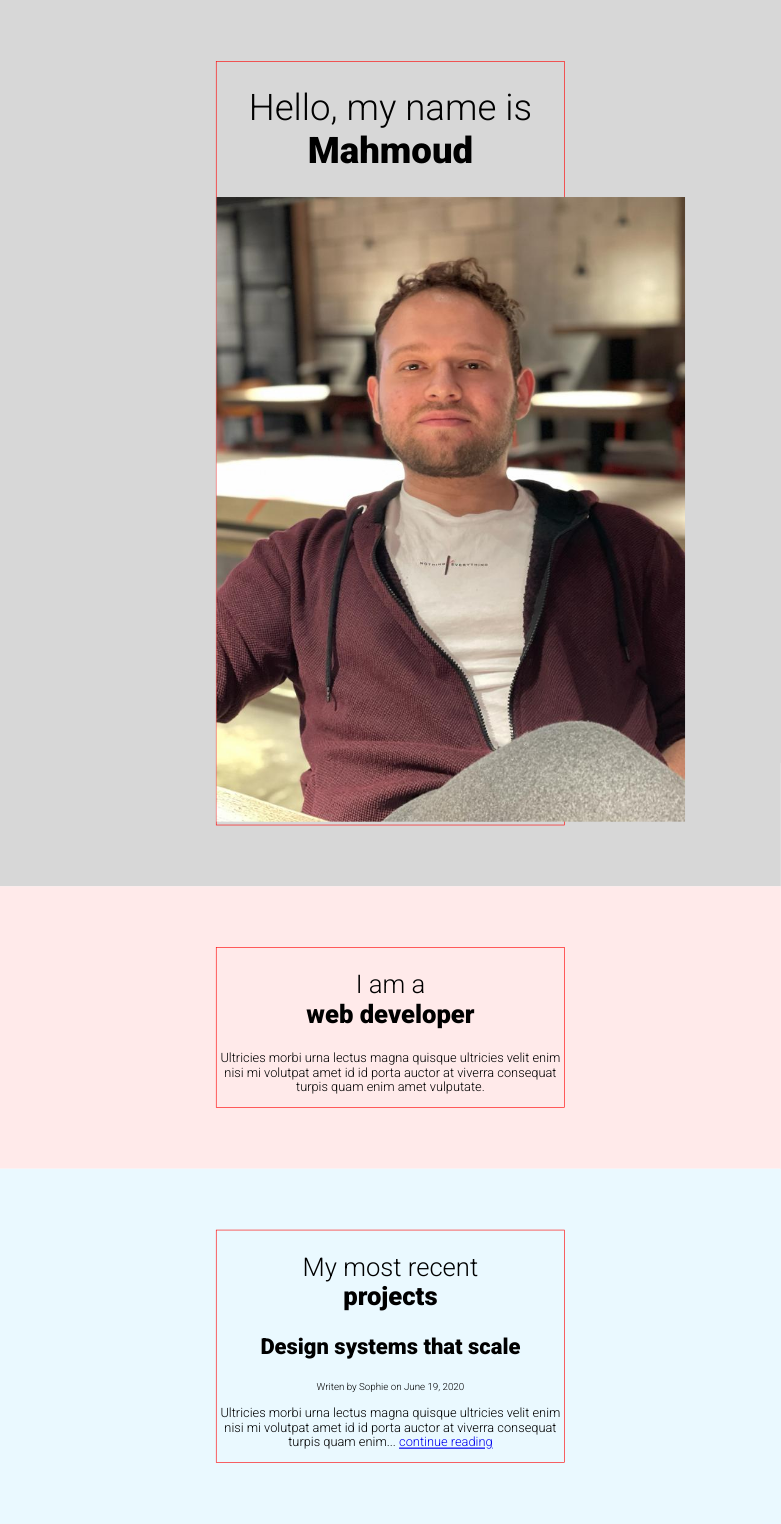
Repository: Doumham-Armah/portfolio
Page: index.html
These files come from the project's save history. The page is drawn as it stood at one moment and after the next save; the edit follows.
The browser window is 1280 px wide. The pictures show the whole page, at 61% of full size.

Above is the page before, as saved 2021-08-17 12:16:51.

### index.html
<!DOCTYPE html>
<html>
  <head>
    <title>HTML & CSS Fundamentals | Challenges</title>
    <link rel="preconnect" href="https://fonts.googleapis.com" />
    <link rel="preconnect" href="https://fonts.gstatic.com" crossorigin />
    <link
      href="https://fonts.googleapis.com/css2?family=Roboto:wght@300;900&display=swap"
      rel="stylesheet"
    />
    <link href="./style.css" rel="stylesheet" />
  </head>

  <body>
    <header>
      <div class="container">
        <h1>Hello, my name is <span>Mahmoud</span></h1>
        <img class="my-photo" src="./images/photo.jpeg" alt="image of me" />
      </div>
    </header>

    <section class="about-me">
      <div class="container">
        <h2>I am a <span>web developer</span></h2>
        <p>
          Ultricies morbi urna lectus magna quisque ultricies velit enim nisi mi
          volutpat amet id id porta auctor at viverra consequat turpis quam enim
          amet vulputate.
        </p>
      </div>
    </section>

    <section class="projects">
      <div class="container">
        <h2>My most recent <span>projects</span></h2>
        <article>
          <h3>Design systems that scale</h3>
          <p class="small-text">Writen by Sophie on June 19, 2020</p>
          <p>
            Ultricies morbi urna lectus magna quisque ultricies velit enim nisi
            mi volutpat amet id id porta auctor at viverra consequat turpis quam
            enim... <a href="#">continue reading</a>
          </p>
        </article>
      </div>
    </section>
  </body>
</html>

### style.css
body {
  margin: 0;
  font-size: 1.3125rem;
}

h1,
h2 {
  font-weight: 300;
}

h1 {
  font-size: 3.75rem;
}

h2 {
  font-size: 2.625rem;
}

h3 {
  font-size: 2.25rem;
}

h1 span,
h2 span {
  font-weight: 900;
  display: block;
}

header,
section {
  padding: 6.25rem 0;
}

header {
  background-color: #d7d7d7;
}

.about-me {
  background-color: #ffeaea;
}

.projects {
  background-color: #eaf9ff;
}

.small-text {
  font-size: 16px;
}

.container {
  width: 570px;
  margin: 0 auto;
  border: 1px solid red;
  text-align: center;
  font-family: "Roboto", sans-serif;
}

After the next save:
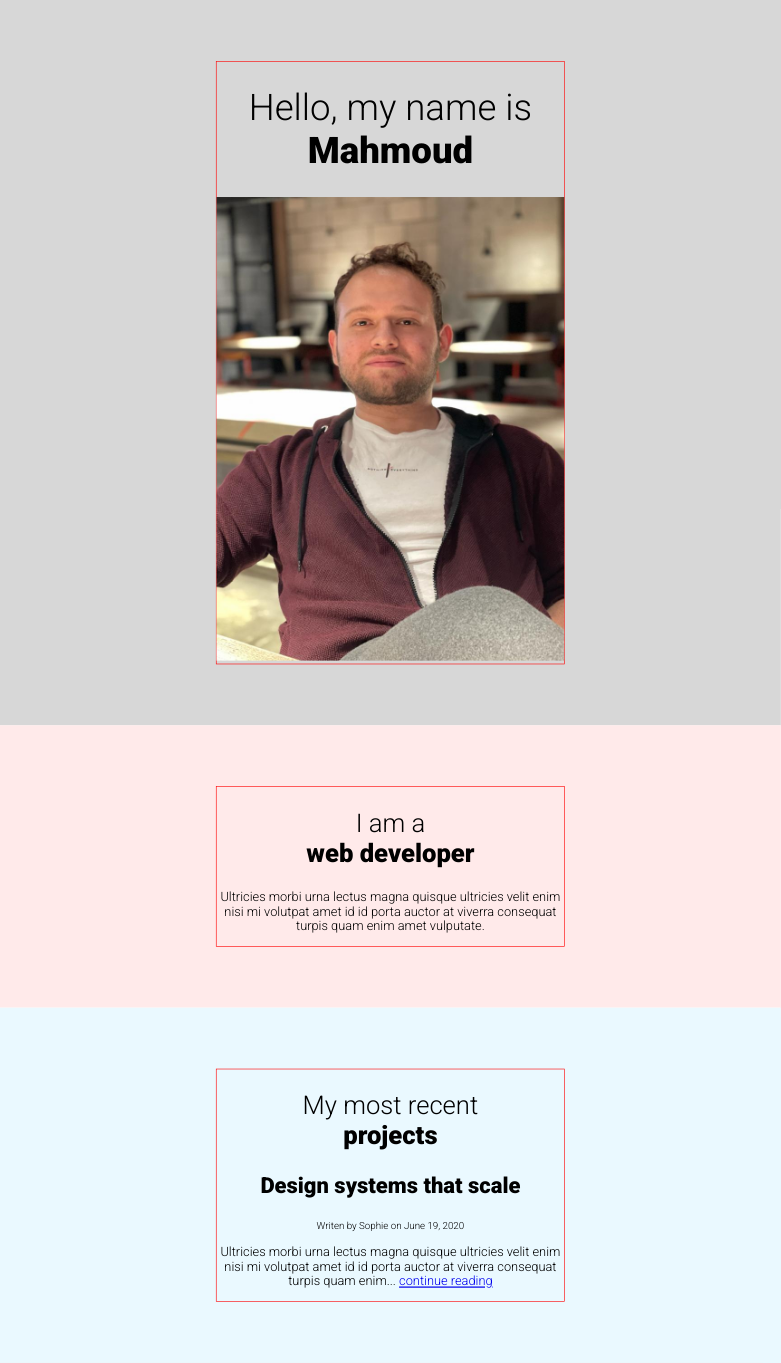
Saved 17 s later.
--- a/style.css
+++ b/style.css
@@ -54,3 +54,8 @@ header {
   text-align: center;
   font-family: "Roboto", sans-serif;
 }
+
+.my-photo {
+  max-width: 100%;
+  height: auto;
+}
